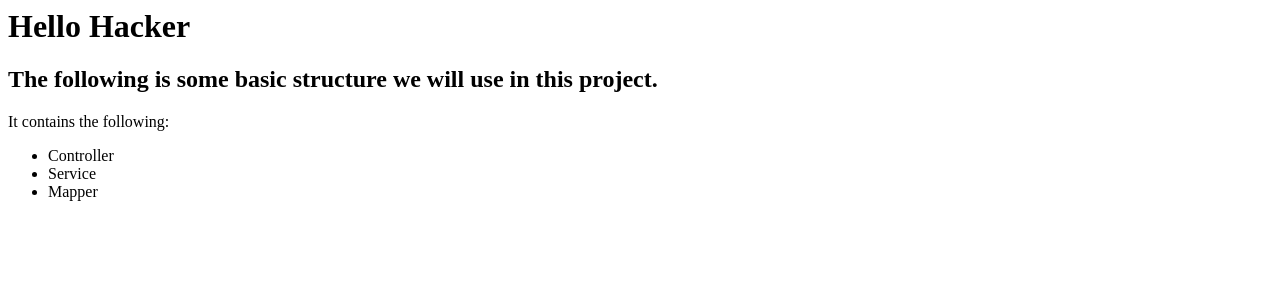
Repository: chenhongye11/DiDongBaBong
Page: didongbabong/src/main/webapp/public/index.html
These files come from the project's save history. The page is drawn as it stood at one moment and after the next save; the edit follows.
The browser window is 1280 px wide. The pictures show the whole page.

Above is the page before, as saved 2021-01-30 01:40:26.

### didongbabong/src/main/webapp/public/index.html
<html>
<h1>Hello Hacker</h1>
<h2>The following is some basic structure we will use in this project.</h2>
<p>It contains the following:</p>
<ul>
<li>Controller</li>
<li>Service</li>
<li>Mapper</li>
</ul>
</html>

After the next save:
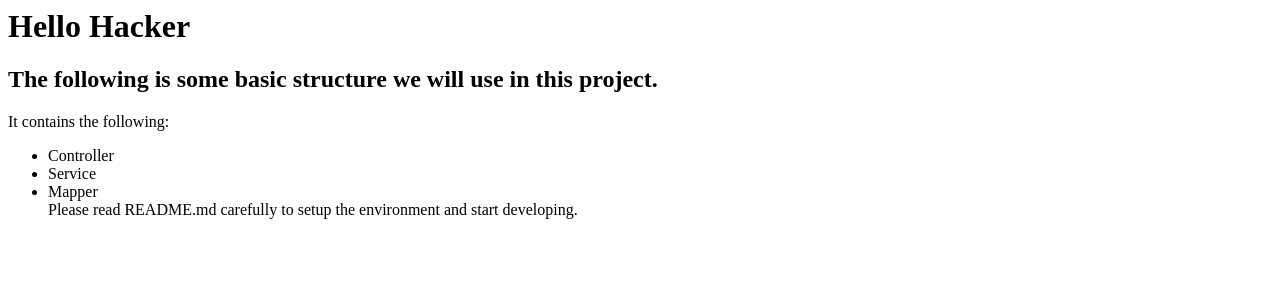
Saved 57 s later.
--- a/didongbabong/src/main/webapp/public/index.html
+++ b/didongbabong/src/main/webapp/public/index.html
@@ -6,5 +6,7 @@
 <li>Controller</li>
 <li>Service</li>
 <li>Mapper</li>
+
+<div>Please read README.md carefully to setup the environment and start developing.</div>
 </ul>
 </html>
